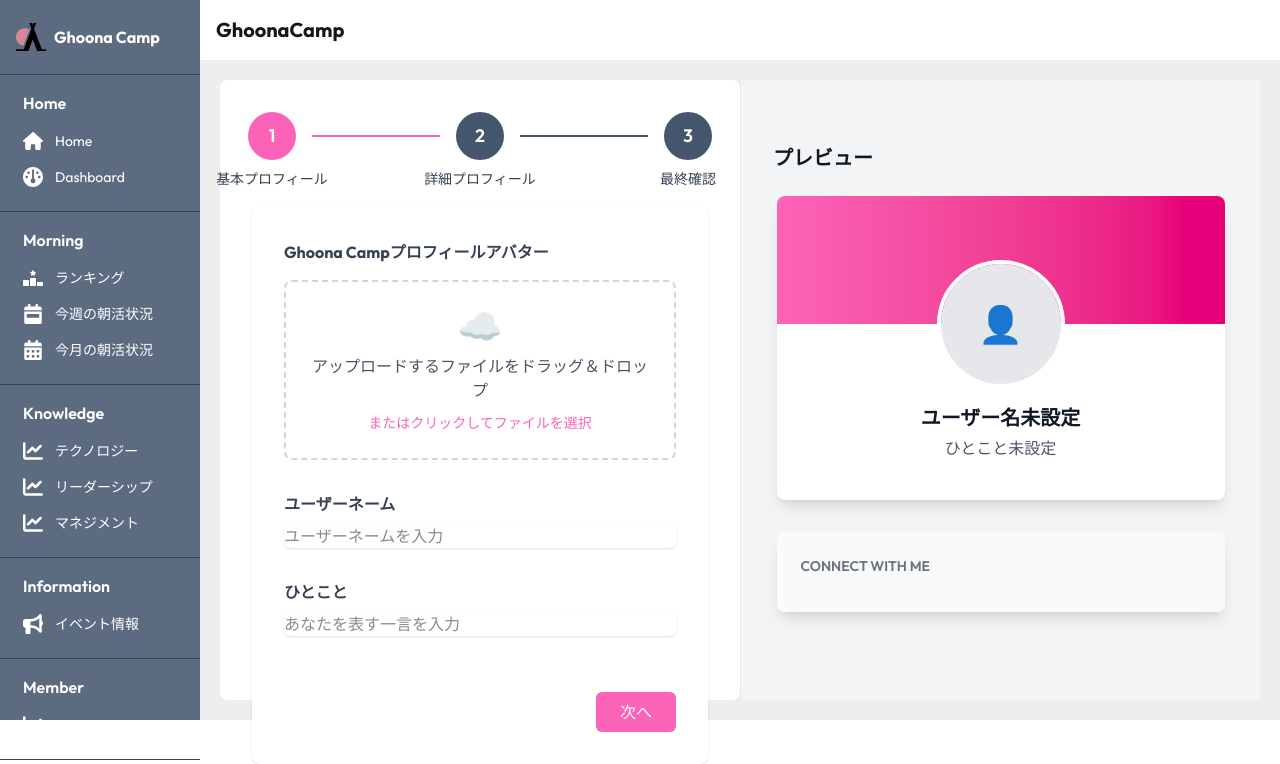
Repository: ShotaGhoona/ghoonacamp_platform
Page: /setting/profile
These files come from the project's save history. The page is drawn as it stood at one moment and after the next save; the edit follows.
The browser window is 1280 px wide. The pictures show the whole page.
The page's requests for data from a server got no answer. The project was rebuilt for these pictures with package versions that can differ from the ones it lists, and the page was loaded fresh each time. Some packages were replaced by stand-ins written for this rebuild. The framework's server and built-in components were replaced by stand-ins that run in the browser. No one was signed in, and anything a server would have sent is missing. Also part of the build but not shown: next.config.js, src/features/setting/profile/display/DetailProfileForm.tsx, src/features/setting/profile/display/ConfirmationView.tsx.

Above is the page before, as saved 2025-04-29 13:51:06.

### src/app/layout.tsx
import type { Metadata } from 'next';
import { Outfit } from 'next/font/google';
import './globals.css';
import Sidebar from '@/components/display/sidebar';
import Header from '@/components/display/header';
import { ClerkProvider } from '@clerk/nextjs';

const outfit = Outfit({ subsets: ['latin'] });

export const metadata: Metadata = {
  title: 'Ghoona Camp',
  description: 'Ghoona Camp Platform',
};

export default function RootLayout({
  children,
}: {
  children: React.ReactNode;
}) {
  return (
    <ClerkProvider>
      <html lang="ja">
        <body className={outfit.className}>
          <div className="flex">
            <div className="w-[200px] transition-all duration-300">
              <Sidebar />
            </div>
            <div className="flex-1 flex flex-col max-h-screen">
              <Header />
              <main className="bg-[#EEEEEE] flex-1 min-h-[calc(100vh-60px)] p-5">
                {children}
              </main>
            </div>
          </div>
        </body>
      </html>
    </ClerkProvider>
  );
}

### src/app/setting/profile/page.tsx
import { IndexPage } from '@/features/setting/profile/display/index';

export default function ProfileSettingPage() {
  return <IndexPage />;
}

### src/components/display/sidebar.tsx
'use client';

import Link from 'next/link';
import { usePathname } from 'next/navigation';
import clsx from 'clsx';

const groups: { title: string; links: { href: string; label: string; icon: string }[] }[] = [
  {
    title: 'Home',
    links: [
      { href: '/home', label: 'Home', icon: '/svg/sidebarIcon/home.svg' },
      { href: '/home/dashboard', label: 'Dashboard', icon: '/svg/sidebarIcon/dashboard.svg' },
    ],
  },
  {
    title: 'Morning',
    links: [
      { href: '/morning/ranking', label: 'ランキング', icon: '/svg/sidebarIcon/ranking.svg' },
      { href: '/morning/weekend', label: '今週の朝活状況', icon: '/svg/sidebarIcon/week.svg' },
      { href: '/morning/month', label: '今月の朝活状況', icon: '/svg/sidebarIcon/month.svg' },
    ],
  },
  {
    title: 'Knowledge',
    links: [
      { href: '/knowledge/tech', label: 'テクノロジー', icon: '/svg/sidebarIcon/analysis.svg' },
      { href: '/knowledge/leadership', label: 'リーダーシップ', icon: '/svg/sidebarIcon/analysis.svg' },
      { href: '/knowledge/management', label: 'マネジメント', icon: '/svg/sidebarIcon/analysis.svg' },
    ],
  },
  {
    title: 'Information',
    links: [{ href: '/information/events', label: 'イベント情報', icon: '/svg/sidebarIcon/externalEvents.svg' }],
  },
  {
    title: 'Member',
    links: [{ href: '/members', label: 'GhoonaCamper', icon: '/svg/sidebarIcon/analysis.svg' }],
  },
];

export default function Sidebar() {
  const pathname = usePathname();

  return (
    <aside className="w-full h-screen bg-[#5D6B80] text-white">
      <div className="flex items-center gap-2 h-[75px] px-4 border-b border-[#374559]">
        <img src="/svg/logo.svg" alt="Ghoona Camp" className="w-[30px] h-[30px]" />
        <span className="font-bold">Ghoona Camp</span>
      </div>

      <nav>
        {groups.map((g) => (
          <div key={g.title} className="border-b border-[#374559] px-[15px] py-4">
            <p className="text-base font-semibold mb-2 px-2">
              {g.title}
            </p>
            {g.links.map((l) => (
              <Link
                key={l.href}
                href={l.href}
                className={clsx(
                  'flex items-center gap-3 p-2 rounded-lg text-sm',
                  pathname === l.href
                    ? 'bg-primary text-white'
                    : 'hover:bg-slate-600'
                )}
              >
                <img src={l.icon} alt={l.label} className="w-[20px] h-[20px]" />
                <span>{l.label}</span>
              </Link>
            ))}
          </div>
        ))}
      </nav>
    </aside>
  );
}

### src/components/display/header.tsx
'use client';

import { UserButton, useUser } from '@clerk/nextjs';

export default function Header() {
  const { user, isLoaded } = useUser();

  return (
    <header className="w-full h-16  flex items-center justify-between px-4">
      <div className="flex items-center gap-4">
        <h1 className="text-xl font-bold">GhoonaCamp</h1>
      </div>
      <div className="flex items-center gap-4">
        {isLoaded && user && (
          <div className="flex items-center gap-2">
            <span className="text-sm">
              {user.firstName} {user.lastName}
            </span>
            <UserButton afterSignOutUrl="/" />
          </div>
        )}
      </div>
    </header>
  );
}

### src/features/setting/profile/display/index.tsx
'use client';

import { useState } from 'react';
import { StepIndicator } from '@/features/setting/profile/components/StepIndicator';
import { BasicProfileForm } from '@/features/setting/profile/display/BasicProfileForm';
import { DetailProfileForm } from '@/features/setting/profile/display/DetailProfileForm';
import { ConfirmationView } from '@/features/setting/profile/display/ConfirmationView';
import { ProfilePreview } from '@/features/setting/profile/components/ProfilePreview';
import { DetailProfilePreview } from '@/features/setting/profile/components/DetailProfilePreview';
import { useProfileForm } from '@/features/setting/profile/hooks/useProfileForm';

export const IndexPage = () => {
  const {
    currentStep,
    formData,
    updateFormData,
    handleNextStep,
    handlePrevStep,
    handleAvatarChange,
  } = useProfileForm();

  const [isSubmitting, setIsSubmitting] = useState(false);

  const handleSubmit = async () => {
    setIsSubmitting(true);
    try {
      // TODO: APIを呼び出してプロフィールを更新
      await new Promise(resolve => setTimeout(resolve, 1000)); // 仮の遅延
      // 成功時の処理（例：ダッシュボードへリダイレクト）
    } catch (error) {
      console.error('プロフィールの更新に失敗しました:', error);
      // エラー処理
    } finally {
      setIsSubmitting(false);
    }
  };

  return (
    <div className="flex h-full">
      {/* 左側：フォーム */}
      <div className="w-1/2 p-8 bg-white rounded-lg h-full">

        {/* ステップインジケーター */}
        <StepIndicator currentStep={currentStep} />

        {/* フォームコンテンツ */}
        <div className="bg-white rounded-lg shadow-sm p-6 md:p-8 mt-8 h-full">
          {currentStep === 'basic' && (
            <BasicProfileForm
              formData={formData}
              onUpdate={updateFormData}
              onAvatarChange={handleAvatarChange}
              onNext={handleNextStep}
            />
          )}

          {currentStep === 'detail' && (
            <DetailProfileForm
              formData={formData}
              onUpdate={updateFormData}
              onPrev={handlePrevStep}
              onNext={handleNextStep}
            />
          )}

          {currentStep === 'confirm' && (
            <ConfirmationView
              formData={formData}
              onPrev={handlePrevStep}
              onSubmit={handleSubmit}
              isSubmitting={isSubmitting}
            />
          )}
        </div>
      </div>

      {/* 右側：プレビュー */}
      <div className="w-1/2 bg-gray-100 p-8 overflow-y-auto border-l border-gray-200">
        <div className="sticky top-8 space-y-8">
          <h2 className="text-xl font-semibold text-gray-900 mb-6">プレビュー</h2>

          {/* 基本プロフィールプレビュー */}
          <ProfilePreview formData={formData} />

          {/* 詳細プロフィールプレビュー */}
          <DetailProfilePreview formData={formData} />
        </div>
      </div>
    </div>
  );
}

### src/features/setting/profile/components/StepIndicator.tsx
'use client';

import { cn } from '@/lib/utils';
import { Step, PROFILE_STEPS } from '../types/profile';

interface StepIndicatorProps {
  currentStep: Step;
}

export const StepIndicator = ({ currentStep }: StepIndicatorProps) => {
  return (
    <div className="flex items-center justify-center mb-12">
      {PROFILE_STEPS.map((step, index) => (
        <div key={step.id} className="flex items-center">
          {/* ステップサークル */}
          <div
            className={cn(
              'w-12 h-12 rounded-full flex items-center justify-center text-lg font-semibold relative',
              currentStep === step.id
                ? 'bg-pink-400 text-white'
                : 'bg-slate-600 text-white'
            )}
          >
            {step.number}
            {/* ステップタイトル */}
            <div className="text-center absolute -bottom-8 w-32">
              <span className="text-sm font-medium text-gray-700">{step.title}</span>
            </div>
          </div>

          {/* 接続線 */}
          {index < PROFILE_STEPS.length - 1 && (
            <div
              className={cn(
                'h-[2px] w-32 mx-4',
                currentStep === PROFILE_STEPS[index + 1].id || currentStep === step.id
                  ? 'bg-pink-400'
                  : 'bg-slate-600'
              )}
            />
          )}
        </div>
      ))}
    </div>
  );
};

### src/features/setting/profile/display/BasicProfileForm.tsx
'use client';

import { ProfileFormData } from '../types/profile';
import { AvatarUpload } from '../components/AvatarUpload';

interface BasicProfileFormProps {
  formData: ProfileFormData;
  onUpdate: (data: Partial<ProfileFormData>) => void;
  onAvatarChange: (file: File) => void;
  onNext: () => void;
}

export const BasicProfileForm = ({
  formData,
  onUpdate,
  onAvatarChange,
  onNext,
}: BasicProfileFormProps) => {
  return (
    <div className="flex flex-col justify-between h-full">

      <div className="space-y-8">
        {/* アバターアップロード */}
        <div className="space-y-4">
          <label className="block text-base font-bold text-gray-700">
            Ghoona Campプロフィールアバター
          </label>
          <AvatarUpload
            onFileSelect={onAvatarChange}
            previewUrl={formData.avatarUrl}
          />
        </div>

        {/* ユーザーネーム */}
        <div className="space-y-2">
          <label
            htmlFor="username"
            className="block text-base font-bold text-gray-700"
          >
            ユーザーネーム
          </label>
          <input
            type="text"
            id="username"
            value={formData.username}
            onChange={(e) => onUpdate({ username: e.target.value })}
            className="mt-1 block w-full rounded-md border-gray-300 shadow-sm focus:border-pink-400 focus:ring-pink-400"
            placeholder="ユーザーネームを入力"
          />
        </div>

        {/* ひとこと */}
        <div className="space-y-2">
          <label
            htmlFor="bio"
            className="block text-base font-bold text-gray-700"
          >
            ひとこと
          </label>
          <input
            type="text"
            id="bio"
            value={formData.bio}
            onChange={(e) => onUpdate({ bio: e.target.value })}
            className="mt-1 block w-full rounded-md border-gray-300 shadow-sm focus:border-pink-400 focus:ring-pink-400"
            placeholder="あなたを表す一言を入力"
          />
        </div>
      </div>

      {/* 次へボタン */}
      <div className="flex justify-end">
        <button
          onClick={onNext}
          className="bg-pink-400 text-white px-6 py-2 rounded-md hover:bg-pink-500 transition-colors"
        >
          次へ
        </button>
      </div>
    </div>
  );
};

### src/features/setting/profile/components/ProfilePreview.tsx
'use client';

import { ProfileFormData } from '../types/profile';

interface ProfilePreviewProps {
  formData: ProfileFormData;
}

export const ProfilePreview = ({ formData }: ProfilePreviewProps) => {
  return (
    <div className="w-full max-w-md mx-auto bg-white rounded-lg shadow-lg overflow-hidden">
      {/* ヘッダー部分 */}
      <div className="relative h-32 bg-gradient-to-r from-pink-400 to-pink-600">
        <div className="absolute -bottom-16 left-1/2 transform -translate-x-1/2">
          <div className="w-32 h-32 rounded-full border-4 border-white overflow-hidden bg-white">
            {formData.avatarUrl ? (
              <img
                src={formData.avatarUrl}
                alt={formData.username}
                className="w-full h-full object-cover"
              />
            ) : (
              <div className="w-full h-full bg-gray-200 flex items-center justify-center">
                <span className="text-4xl text-gray-400">👤</span>
              </div>
            )}
          </div>
        </div>
      </div>

      {/* プロフィール情報 */}
      <div className="pt-20 px-6 pb-6">
        <div className="text-center mb-4">
          <h3 className="text-xl font-bold text-gray-900">
            {formData.username || 'ユーザー名未設定'}
          </h3>
          <p className="text-gray-600 mt-1">{formData.bio || 'ひとこと未設定'}</p>
        </div>

        {/* SNSリンク */}
        <div className="flex justify-center space-x-4 mt-4">
          {formData.websiteUrl && (
            <a
              href={formData.websiteUrl}
              target="_blank"
              rel="noopener noreferrer"
              className="text-gray-600 hover:text-pink-500"
            >
              Website
            </a>
          )}
        </div>
      </div>
    </div>
  );
};

### src/features/setting/profile/components/DetailProfilePreview.tsx
'use client';

import { ProfileFormData } from '../types/profile';

interface DetailProfilePreviewProps {
  formData: ProfileFormData;
}

export const DetailProfilePreview = ({ formData }: DetailProfilePreviewProps) => {
  return (
    <div className="w-full max-w-md mx-auto bg-white rounded-lg shadow-lg overflow-hidden">
      {/* One-Line Profile */}
      {formData.oneLine && (
        <div className="p-6 border-b border-gray-100">
          <h3 className="text-sm font-semibold text-gray-500 uppercase mb-2">One-Line Profile</h3>
          <p className="text-lg font-medium text-gray-800 italic">
            "{formData.oneLine}"
          </p>
        </div>
      )}

      {/* Background */}
      {formData.background && (
        <div className="p-6 border-b border-gray-100">
          <h3 className="text-sm font-semibold text-gray-500 uppercase mb-2">Background</h3>
          <p className="text-gray-700 leading-relaxed">
            {formData.background}
          </p>
        </div>
      )}

      {/* What I'm Into */}
      {formData.interests && formData.interests.length > 0 && (
        <div className="p-6 border-b border-gray-100">
          <h3 className="text-sm font-semibold text-gray-500 uppercase mb-3">What I'm Into</h3>
          <div className="flex flex-wrap gap-2">
            {formData.interests.map((interest) => (
              <span
                key={interest}
                className="px-3 py-1 bg-pink-100 text-pink-800 rounded-full text-sm"
              >
                {interest}
              </span>
            ))}
          </div>
        </div>
      )}

      {/* Core Skills */}
      {formData.coreSkills && formData.coreSkills.length > 0 && (
        <div className="p-6 border-b border-gray-100">
          <h3 className="text-sm font-semibold text-gray-500 uppercase mb-3">Core Skill Set</h3>
          <div className="flex flex-wrap gap-2">
            {formData.coreSkills.map((skill) => (
              <span
                key={skill}
                className="px-3 py-1 bg-blue-100 text-blue-800 rounded-full text-sm"
              >
                {skill}
              </span>
            ))}
          </div>
        </div>
      )}

      {/* SNS Links */}
      <div className="p-6 bg-gray-50">
        <h3 className="text-sm font-semibold text-gray-500 uppercase mb-3">Connect With Me</h3>
        <div className="flex flex-wrap gap-4">
          {formData.instagramUrl && (
            <a
              href={formData.instagramUrl}
              target="_blank"
              rel="noopener noreferrer"
              className="flex items-center text-pink-500 hover:text-pink-600"
            >
              <span className="text-sm">Instagram</span>
            </a>
          )}
          {formData.websiteUrl && (
            <a
              href={formData.websiteUrl}
              target="_blank"
              rel="noopener noreferrer"
              className="flex items-center text-gray-600 hover:text-gray-800"
            >
              <span className="text-sm">Website</span>
            </a>
          )}
          {formData.xUrl && (
            <a
              href={formData.xUrl}
              target="_blank"
              rel="noopener noreferrer"
              className="flex items-center text-gray-800 hover:text-gray-900"
            >
              <span className="text-sm">X</span>
            </a>
          )}
          {formData.linkedinUrl && (
            <a
              href={formData.linkedinUrl}
              target="_blank"
              rel="noopener noreferrer"
              className="flex items-center text-blue-600 hover:text-blue-700"
            >
              <span className="text-sm">LinkedIn</span>
            </a>
          )}
        </div>
      </div>
    </div>
  );
};

### src/features/setting/profile/hooks/useProfileForm.ts
'use client';

import { useState } from 'react';
import { ProfileFormData, Step } from '../types/profile';

export const useProfileForm = () => {
  const [currentStep, setCurrentStep] = useState<Step>('basic');
  const [formData, setFormData] = useState<ProfileFormData>({
    username: '',
    bio: '',
  });

  const updateFormData = (data: Partial<ProfileFormData>) => {
    setFormData((prev) => ({ ...prev, ...data }));
  };

  const handleNextStep = () => {
    if (currentStep === 'basic') setCurrentStep('detail');
    else if (currentStep === 'detail') setCurrentStep('confirm');
  };

  const handlePrevStep = () => {
    if (currentStep === 'detail') setCurrentStep('basic');
    else if (currentStep === 'confirm') setCurrentStep('detail');
  };

  const handleAvatarChange = (file: File) => {
    const url = URL.createObjectURL(file);
    updateFormData({ avatar: file, avatarUrl: url });
  };

  return {
    currentStep,
    formData,
    updateFormData,
    handleNextStep,
    handlePrevStep,
    handleAvatarChange,
  };
};

### src/features/setting/profile/types/profile.ts
export type Step = 'basic' | 'detail' | 'confirm';

export interface ProfileFormData {
  // 基本プロフィール
  avatar?: File;
  avatarUrl?: string;
  username: string;
  bio: string;

  // 詳細プロフィール
  oneLine?: string;          // 一言プロフィール（30文字）
  background?: string;       // 経歴・背景（140文字）
  interests?: string[];      // 興味・関心事
  coreSkills?: string[];    // コアスキル

  // SNSリンク
  instagramUrl?: string;
  websiteUrl?: string;
  xUrl?: string;
  linkedinUrl?: string;
}

export interface StepInfo {
  id: Step;
  number: number;
  title: string;
}

export const PROFILE_STEPS: StepInfo[] = [
  { id: 'basic', number: 1, title: '基本プロフィール' },
  { id: 'detail', number: 2, title: '詳細プロフィール' },
  { id: 'confirm', number: 3, title: '最終確認' },
];

### src/features/setting/profile/components/AvatarUpload.tsx
'use client';

import { useCallback } from 'react';
import { useDropzone } from 'react-dropzone';

interface AvatarUploadProps {
  onFileSelect: (file: File) => void;
  previewUrl?: string;
}

export const AvatarUpload = ({ onFileSelect, previewUrl }: AvatarUploadProps) => {
  const onDrop = useCallback((acceptedFiles: File[]) => {
    if (acceptedFiles.length > 0) {
      onFileSelect(acceptedFiles[0]);
    }
  }, [onFileSelect]);

  const { getRootProps, getInputProps, isDragActive } = useDropzone({
    onDrop,
    accept: {
      'image/*': ['.jpeg', '.jpg', '.png', '.gif']
    },
    maxFiles: 1,
    multiple: false,
  });

  return (
    <div className="w-full max-w-md mx-auto">
      <div
        {...getRootProps()}
        className="border-2 border-dashed border-gray-300 rounded-lg p-6 text-center cursor-pointer hover:border-pink-400 transition-colors"
      >
        <input {...getInputProps()} />
        {previewUrl ? (
          <div className="relative w-32 h-32 mx-auto">
            <img
              src={previewUrl}
              alt="アバタープレビュー"
              className="w-full h-full object-cover rounded-full"
            />
            <div className="absolute inset-0 flex items-center justify-center bg-black bg-opacity-50 rounded-full opacity-0 hover:opacity-100 transition-opacity">
              <p className="text-white text-sm">クリックして変更</p>
            </div>
          </div>
        ) : (
          <div className="space-y-2">
            <div className="text-4xl text-gray-400">☁️</div>
            <p className="text-gray-600">
              {isDragActive
                ? 'ファイルをドロップしてください'
                : 'アップロードするファイルをドラッグ＆ドロップ'}
            </p>
            <button className="text-sm text-pink-400 hover:text-pink-500">
              またはクリックしてファイルを選択
            </button>
          </div>
        )}
      </div>
    </div>
  );
};

Loaded but not shown: src/app/globals.css (common file); src/lib/utils.ts (common file)

After the next save:
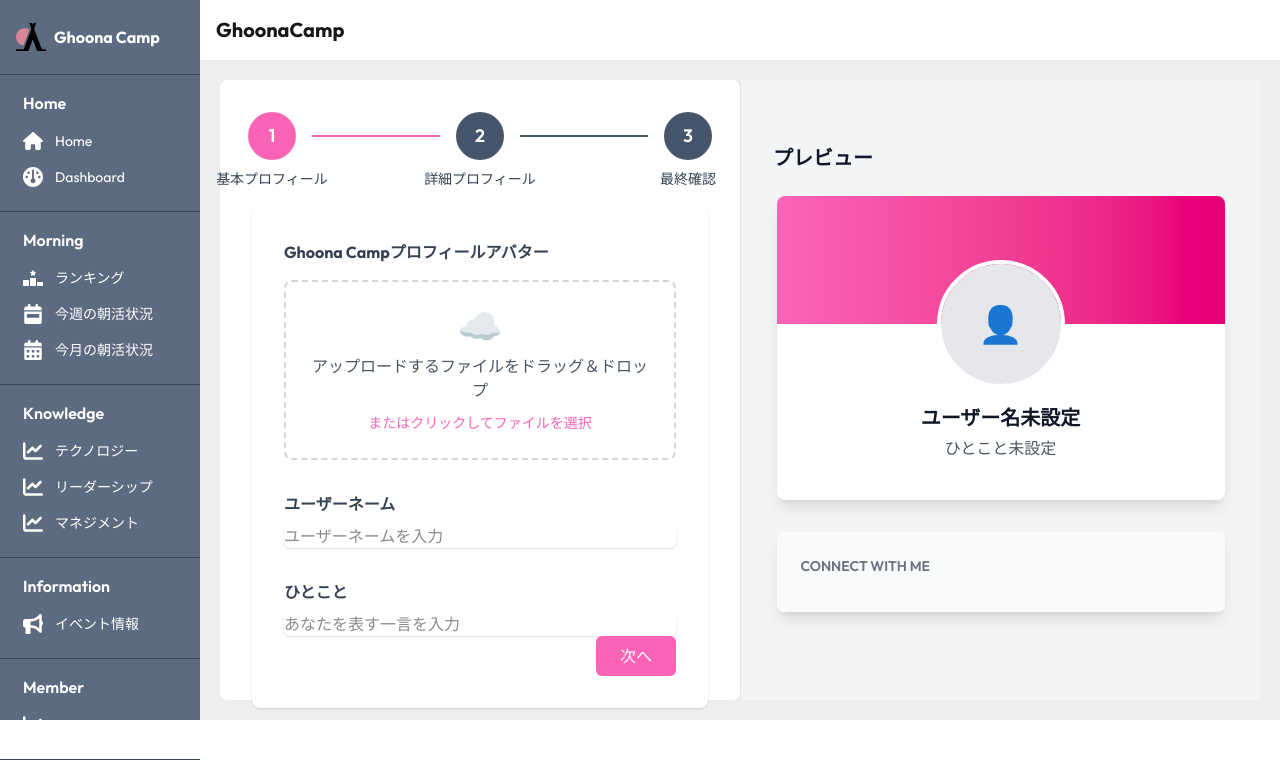
Saved 36 s later.
--- a/src/features/setting/profile/display/index.tsx
+++ b/src/features/setting/profile/display/index.tsx
@@ -44,7 +44,7 @@ export const IndexPage = () => {
         <StepIndicator currentStep={currentStep} />
 
         {/* フォームコンテンツ */}
-        <div className="bg-white rounded-lg shadow-sm p-6 md:p-8 mt-8 h-full">
+        <div className="bg-white rounded-lg shadow-sm p-6 md:p-8 mt-8 flex-1">
           {currentStep === 'basic' && (
             <BasicProfileForm
               formData={formData}
